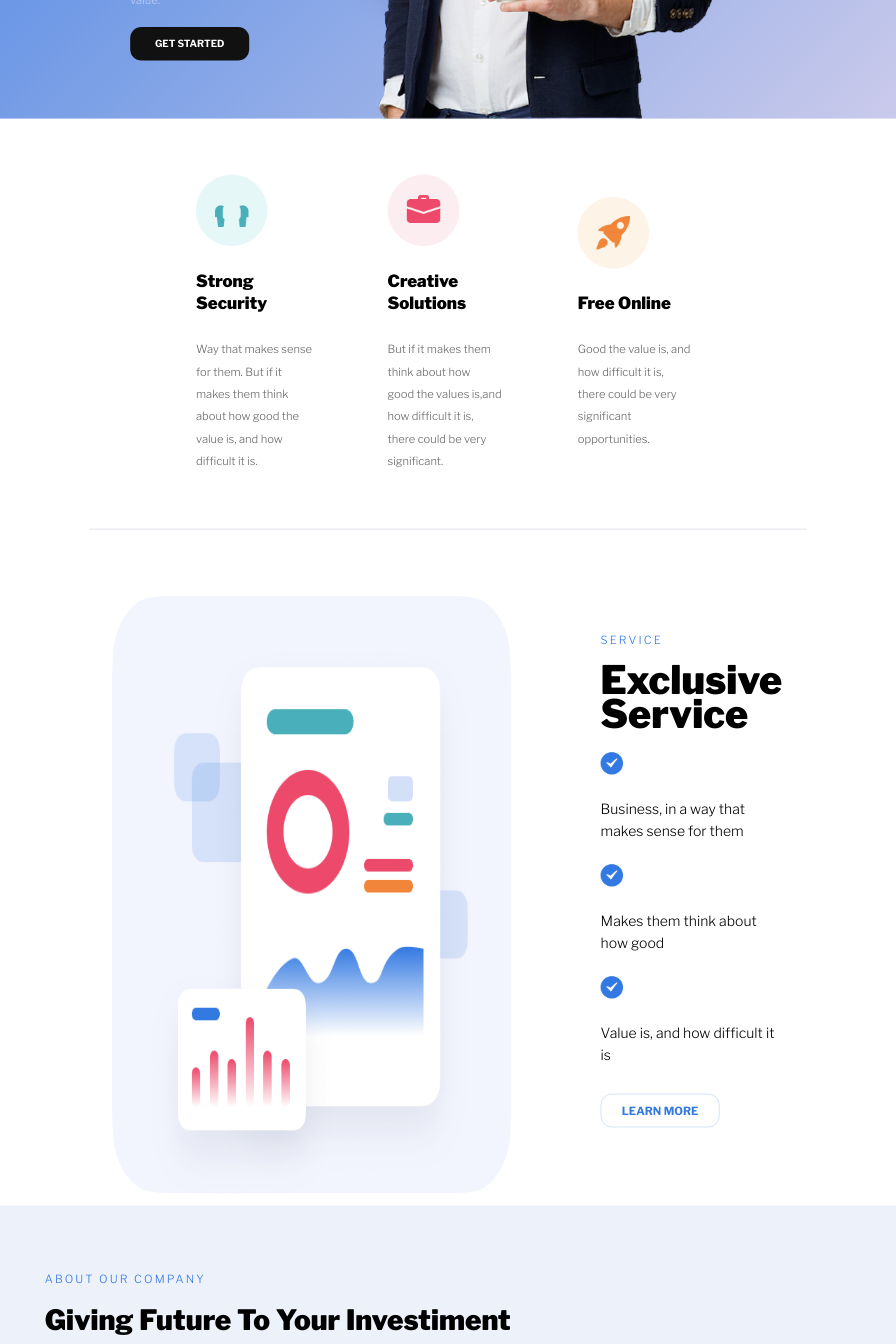
Repository: juniorAntunes910/Make-Money-Design-Avaliacao
Page: index.html
The author's editor kept a copy of each file at every save. The page is drawn from the files as they stood at one save, then again after the next save.
The browser window is 1280 px wide. The pictures show the part of the page from y = 858 to 2778 px (the page is 8618 px tall before and 8586 px after), at 70% of full size.

Above is the page before, as saved 2026-03-13 12:08:41.

After the next save:
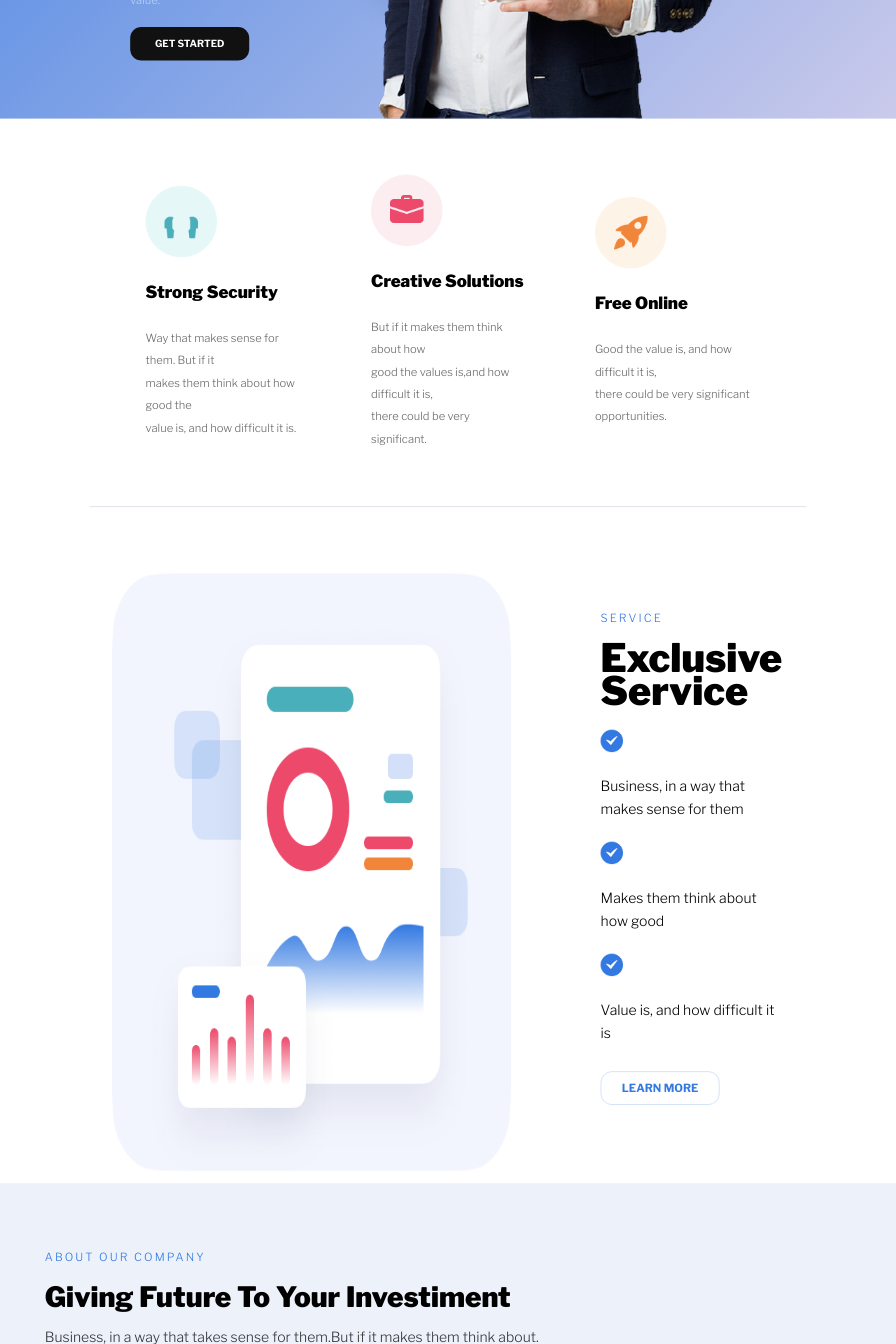
Saved 6 s later.
--- a/index.html
+++ b/index.html
@@ -76,7 +76,7 @@
             </section>
     </div>
 
-    <section id="main-content" class="container container-desktop">
+    <section id="main-content" class="container ">
 
         <div id="main-content-cards" class="container container-desktop"><!--Estou usando como um container/box de cards-->
 
